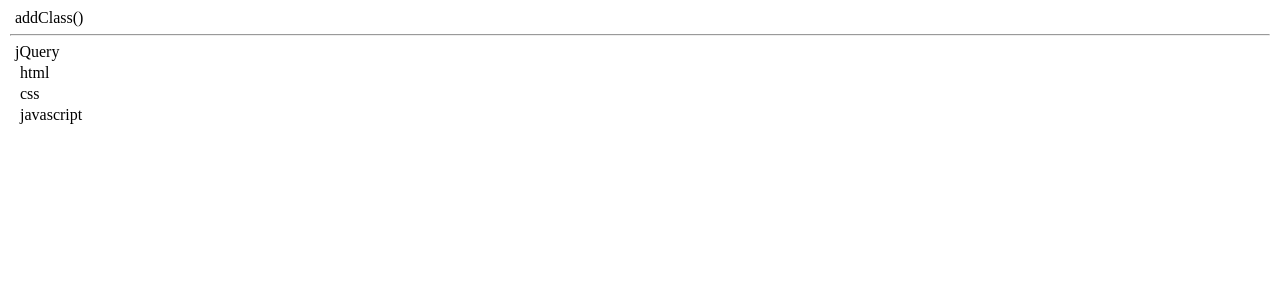
Repository: kimjoohye/study_WEB
Page: workspace/studyhtml5/WebContent/jq/jq02/jq02.html
An editor plug-in stored every save of this project. The page is shown before and after the next save, followed by the edit.
The browser window is 1280 px wide. The pictures show the whole page.

Above is the page before, as saved 2022-05-11 01:06:54.

### workspace/studyhtml5/WebContent/jq/jq02/jq02.html
<!DOCTYPE html>
<html>
<head>
<meta name="viewport" content="width=device-width,initial-scale=1.0">
<meta charset="UTF-8">
<link rel="shortcut icon" type="image/x-icon" href="/studyhtml5/favicon.ico">
<meta http-equiv="Expires" content="Mon, 01 Jan 2020 00:00:01 GMT">
<!--위의 명시된 날짜 이후가 되면 페이지가 캐싱되지 않는다.(2020년 이후 쭉 ) -->

<meta http-equiv="Expires" content="-1">
<!--캐시된 페이지가 만료되어 삭제되는 시간을 정의하나 특별한 경우가 아니면 -1로 설정-->

<meta http-equiv="Pragma" content="no-cache">
<!--페이지 로드시마다 페이지를 캐싱하지 않는다.(HTTP 1.0)-->

<meta http-equiv="Cache-Control" content="no-cache">
<!--페이지 로드시마다 페이지를 캐싱하지 않는다.(HTTP 1.1)-->

<!--reset 스타일시트 -->
<link rel="stylesheet" type="text/css" href="/studyhtml5/asset/css/reset.css">
<!--스타일 시트 -->
<style type="text/css">
</style>

<title>Insert title here</title>

<!-- jquery -->
<script type="text/javascript" src="/studyhtml5/asset/js/jquery-1.12.4.js"></script>
</head>
<body>
   <h2>addClass()</h2>
   <hr/>

   <div id="m1">jQuery</div>

   <div id="m2">
    <div>html</div>
    <div>css</div>
    <div>javascript</div>
   </div>

   <!--자바스크립트 코드 -->
<script type="text/javascript">
   $(document).ready(function(){
       console.log('PCWK *** document');
   });
</script>
</body>
</html>

### workspace/studyhtml5/WebContent/asset/css/reset.css
@charset "UTF-8";
/* http://meyerweb.com/eric/tools/css/reset/
   v2.0 | 20110126
   License: none (public domain)
*/
html, body, div, span, applet, object, iframe,
h1, h2, h3, h4, h5, h6, p, blockquote, pre,
a, abbr, acronym, address, big, cite, code,
del, dfn, em, img, ins, kbd, q, s, samp,
small, strike, strong, sub, sup, tt, var,
b, u, i, center,
dl, dt, dd, ol, ul, li,
fieldset, form, label, legend,
table, caption, tbody, tfoot, thead, tr, th, td,
article, aside, canvas, details, embed,
figure, figcaption, footer, header, hgroup,
menu, nav, output, ruby, section, summary,
time, mark, audio, video {
    margin: 5px;
    padding: 0;
    border: 0;
    font-size: 100%;
    font: inherit;
    vertical-align: baseline;
}
/* HTML5 display-role reset for older browsers */
article, aside, details, figcaption, figure,
footer, header, hgroup, menu, nav, section {
    display: block;
}
body {
    line-height: 1;
}
ol, ul {
    list-style: none;
}
blockquote, q {
    quotes: none;
}
blockquote:before, blockquote:after,
q:before, q:after {
    content: '';
    content: none;
}
table {
    border-collapse: collapse;
    border-spacing: 0;
}

Loaded but not shown: workspace/studyhtml5/WebContent/asset/js/jquery-1.12.4.js (library)

After the next save:
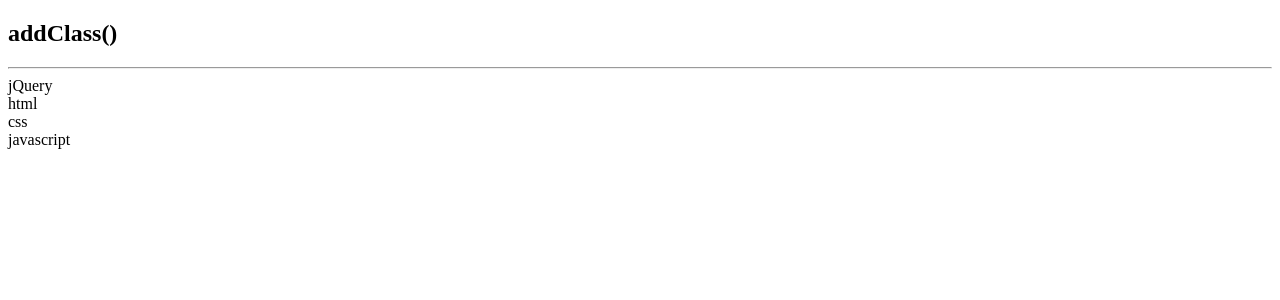
Saved 28 s later.
--- a/workspace/studyhtml5/WebContent/jq/jq02/jq02.html
+++ b/workspace/studyhtml5/WebContent/jq/jq02/jq02.html
@@ -17,7 +17,7 @@
 <!--페이지 로드시마다 페이지를 캐싱하지 않는다.(HTTP 1.1)-->
 
 <!--reset 스타일시트 -->
-<link rel="stylesheet" type="text/css" href="/studyhtml5/asset/css/reset.css">
+<!-- <link rel="stylesheet" type="text/css" href="/studyhtml5/asset/css/reset.css"> -->
 <!--스타일 시트 -->
 <style type="text/css">
 </style>
